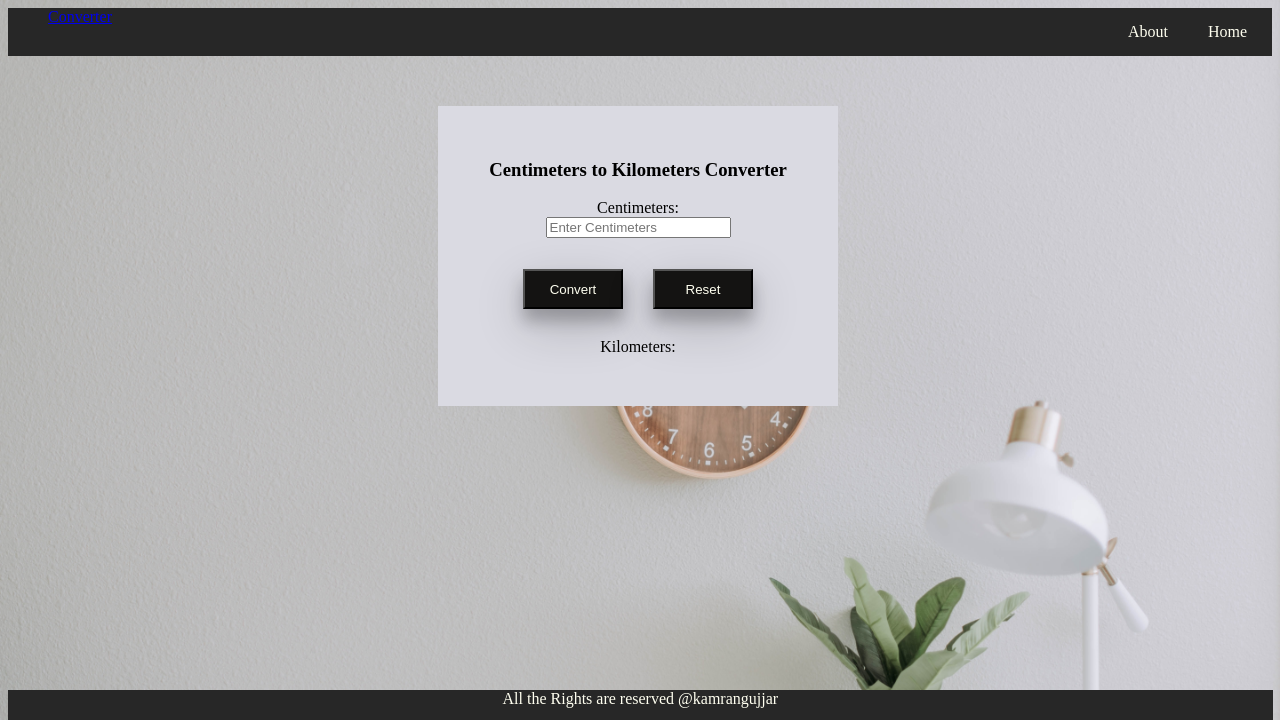
Repository: Kamrangujjar85112/Length-Converter
Page: html/cm_km.html
An editor plug-in stored every save of this project. The page is shown before and after the next save, followed by the edit.
The browser window is 1280 px wide. The pictures show the whole page.

Above is the page before, as saved 2022-01-31 22:08:03.

### html/cm_km.html
<!-- centimeters to kilometers -->
<!DOCTYPE html>
<html lang="en">
<head>
    <meta charset="UTF-8">
    <meta name="viewport" content="width=device-width, initial-scale=1.0">
    <title>Converter</title>
    <link rel="stylesheet" href="../css/style.css">
</head>
<body>
    <div class="container ">

        <!-- navbar -->
        <div class="header">
            <nav>
                <ul class="nav-ul">
                    <a class="nav-name" href="home.html">Converter</a>
                    <li class="nav-li"><a href="home.html">Home</a></li>
                    <li class="nav-li"><a href="about.html">About</a></li>
                </ul>
            </nav>
        </div>
        <!-- end navbar -->

        <!-- content -->
        <div class="flex-container">
            <div>
                    <h3>Centimeters to Kilometers Converter</h3>

                <label>Centimeters:</label><br>
                <input type="number" id="centimetersToKilometers" placeholder="Enter Centimeters" value=""><br><br>
                <input type="button" value="Convert" id="convert">
                <input type="reset" value="Reset" id="reset"><br>
                <p id="cmToKmp">Kilometers: <span id="cmToKm"></span></p>
                <p id="cmToKmpError" style="display: none;"></span></p>

            </div>
        </div>
        <!-- end content -->

        <!-- footer -->
        <footer class="footer">
            <span>All the Rights are reserved @kamrangujjar</span>
        </footer>
        <!-- end footer -->
    </div>

    <!-- javascript link -->
    <script src="../js/converter.js"></script>
</body>
</html>

### css/style.css
/* body */
body{
    background-image: url('backg.jpg');
    background-repeat: no-repeat;
    background-attachment: fixed;
    background-size: cover;
/* aboutpage  */
}
.aboutclass {
    margin-top: 10px;
    margin-left: 300px;
    margin-bottom: 10px;
    padding-bottom: 30px;
    color: #3F51B5;
    height: 100%;
    width: 50%;
    background-color: rgb(218, 218, 226);
    text-align: left;
}
/* texts on about page */
.texts{
    margin-left: 10px;
    padding-left: 10px;
}
/* skills list */
.listFlex {
    display: flex;
    list-style: none;
    text-decoration: none;
}
/* about image */
img {
  width: 300px;
  height: 300px;
  align-items: center;
  margin-top: 20px;
  padding-left: 150px;
}
/* header of every page */
.header{
    top: 0;
    width: 100%;
    margin: 0;
    position: relative;

}
/* navbar */
.nav-ul{
    list-style-type: none;
    margin: 0;
    overflow: hidden;
    background: rgb(39, 39, 39);
  }
/*logo */
.logo {
    display: inline-block;
    vertical-align: top;
    width: 50px;
    height: 50px;
    margin-right: 20px;
    margin-top: 15px;    /* if you want it vertically middle of the navbar. */
}
/* navbarlist */
.nav-li {
    padding-right: 10px;
    float: right;
    align-items: inherit;
}
/* navbarlist links  */
.nav-li a {
    display: block;
    color: ivory;
    text-align:center;
    padding: 15px 15px;
    text-decoration: none;
}
/* navbar hover */
.nav-li a:hover {
    background-color: rgba(4, 192, 29, 0.733);
}
/* links on homepage */
.link {
    list-style: none;
    text-align: left;
    align-items: left;
    margin: 10px;
    width: 300px;
}
/* footer class */
footer{
    bottom: 0;
    width: 98.8%;
    position: fixed;
    color: ivory;
    height: 30px;
    text-align: center;
    background: rgb(39, 39, 39);
}
/* button decoration    */
button{
    width: 100%;
    height:40px;
    color: ivory;
    background-color: #141312;
    margin:13px;
    box-shadow: 0 12px 16px 0 rgba(0,0,0,0.24), 0 17px 50px 0 rgba(0,0,0,0.19);
}
/* convert buttons */
#convert{
    width: 100px;
    height:40px;
    color: ivory;
    background-color: #141312;
    margin:13px;
    box-shadow: 0 12px 16px 0 rgba(0,0,0,0.24), 0 17px 50px 0 rgba(0,0,0,0.19);
}
/* reset buttons */
#reset{
    width: 100px;
    height:40px;
    color: ivory;
    background-color: #141312;
    margin:13px;
    box-shadow: 0 12px 16px 0 rgba(0,0,0,0.24), 0 17px 50px 0 rgba(0,0,0,0.19);
}
/* flex box of converters */
.flex-container {
    margin-top: 50px;
    margin-left: 430px;
    display: flex;
    justify-content: center;
    align-items: center;
    height: 300px;
    width: 400px;
    background-color: rgb(218, 218, 226);
    text-align: center;
  }

### js/converter.js
// Getting Elements from the pages
const inputCmToMm = document.getElementById('centimetersToMilimeters');
const inputMiToKm = document.getElementById('milesToKilometers');
const inputMToCm = document.getElementById('metersToCentimeters');
const inputCmToKm = document.getElementById('centimetersToKilometers');
const inputKmToM = document.getElementById('kilometersToMeters');
const inputMiToM = document.getElementById('milesToMeters');
const inputFValue = document.getElementById('firstValue');
const inputSValue = document.getElementById('secondValue');
const p = document.getElementById('percent');
const convert = document.getElementById('convert');
const reset = document.getElementById('reset');

// // Converter
convert?.addEventListener('click', function(){
    converter();
});
convert?.addEventListener('keyup', function(event){

    if(event.keyCode === 13){
        event.preventDefault();
        converter();
    }

});
// centimeters To kilometers
function converter(){
if(inputCmToKm?.value){
if(inputCmToKm?.value > 0){
    const Km2 = inputCmToKm?.value / 100000;
    document.getElementById('cmToKmp').style.display ='block';
    document.getElementById('cmToKmpError').style.display ='none';
    document.getElementById('cmToKm').innerHTML = inputCmToKm?.value +' Centimeters are equal to ' +Km2 + ' Kilometers';
}else{

    document.getElementById('cmToKmp').style.display ='none';
    document.getElementById('cmToKmpError').style.display ='block';
    document.getElementById('cmToKmpError').innerHTML =  '<span style="color:red;">Enter A Valid Number</span>';
}}
// centimeters To Milimeters
if(inputCmToMm?.value){
    if(inputCmToMm?.value > 0){
        const Mm = inputCmToMm?.value * 10;
        document.getElementById('cmToMmp').style.display ='block';
        document.getElementById('cmToMmpError').style.display ='none';
        document.getElementById('cmToMm').innerHTML = inputCmToMm?.value +' Centimeters are equal to ' +Mm + ' Milimeters';
    }else{

        document.getElementById('cmToMmp').style.display ='none';
        document.getElementById('cmToMmpError').style.display ='block';
        document.getElementById('cmToMmpError').innerHTML =  '<span style="color:red;">Enter A Valid Number</span>';
    }
}
    // Miles to kilometers
if(inputMiToKm?.value){
    if(inputMiToKm?.value > 0){
        const Km1 = inputMiToKm?.value * 1.609;
        document.getElementById('miToKmp').style.display ='block';
        document.getElementById('miToKmpError').style.display ='none';
        document.getElementById('miToKm').innerHTML = inputMiToKm?.value +' Miles are equal to ' +Km1 + ' Kilometers';
    }else{

        document.getElementById('miToKmp').style.display ='none';
        document.getElementById('miToKmpError').style.display ='block';
        document.getElementById('miToKmpError').innerHTML =  '<span style="color:red;">Enter A Valid Number</span>';
    }
}
// Meters to Centimeters
if(inputMToCm?.value){
    if(inputMToCm?.value > 0){
        const Cm1 = inputMToCm?.value * 100;
        document.getElementById('mToCmp').style.display ='block';
        document.getElementById('mToCmpError').style.display ='none';
        document.getElementById('mToCm').innerHTML = inputMToCm?.value +' Meters are equal to ' +Cm1 + ' Centimeters';
    }else{

        document.getElementById('mToCmp').style.display ='none';
        document.getElementById('mToCmpError').style.display ='block';
        document.getElementById('mToCmpError').innerHTML =  '<span style="color:red;">Enter A Valid Number</span>';
    }
}

    // kilometers To meters
if(inputKmToM?.value){
    if(inputKmToM?.value > 0){
        const M1 = inputKmToM?.value * 1000;
        document.getElementById('kmToMp').style.display ='block';
        document.getElementById('kmToMpError').style.display ='none';
        document.getElementById('kmToM').innerHTML = inputKmToM?.value +' Kilometers are equal to ' +M1 + ' Meters';
    }else{

        document.getElementById('kmToMp').style.display ='none';
        document.getElementById('kmToMpError').style.display ='block';
        document.getElementById('kmToMpError').innerHTML =  '<span style="color:red;">Enter A Valid Number</span>';
    }
}
    // Miles To meters
if(inputMiToM?.value){
    if(inputMiToM?.value > 0){
        const M2 = inputMiToM?.value * 1609;
        document.getElementById('miToMp').style.display ='block';
        document.getElementById('miToMpError').style.display ='none';
        document.getElementById('miToM').innerHTML = inputMiToM?.value +' Miles are equal to ' +M2 + ' Meters';
    }else{

        document.getElementById('miToMp').style.display ='none';
        document.getElementById('miToMpError').style.display ='block';
        document.getElementById('miToMpError').innerHTML =  '<span style="color:red;">Enter A Valid Number</span>';
    }
}
    // percentage
if(inputFValue?.value || inputSValue?.value){
    if(inputFValue?.value  > 0 || inputSValue?.value > 0){
        const fValue = inputFValue?.value;
        const sValue = inputSValue?.value;
        const per = (fValue  / 100) * sValue;
        document.getElementById('percentp').style.display ='block';
        document.getElementById('percentpError').style.display ='none';
        document.getElementById('percent').innerHTML = 'The ' + fValue +' Percent of ' +sValue + ' is ' + per ;
    }else{

        document.getElementById('percentp').style.display ='none';
        document.getElementById('percentpError').style.display ='block';
        document.getElementById('percentpError').innerHTML =  '<span style="color:red;">Enter A Valid Number</span>';
    }
}
};

// // Reset
reset?.addEventListener('click', function reset(){

// centimeters To kilometers
if(inputCmToKm?.value){
    if(inputCmToKm?.value || inputCmToKm?.value === 0 || inputCmToKm?.value != Number){
        document.getElementById('centimetersToKilometers').value = "";
        document.getElementById('cmToKm').innerHTML = "";
        document.getElementById('cmToKmpError').innerHTML = "";
        }
}
// centimeters To Milimeters
if(inputCmToMm?.value){
    if(inputCmToMm?.value || inputCmToMm?.value === 0 || inputCmToMm?.value != Number){
        document.getElementById('centimetersToMilimeters').value= "";
        document.getElementById('cmToMm').innerHTML = "";
        document.getElementById('cmToMmpError').innerHTML = "";
    }
}
// Miles to kilometers
if(inputMiToKm?.value){
    if(inputMiToKm?.value || inputMiToKm?.value === 0 || inputMiToKm?.value != Number){
        document.getElementById('milesToKilometers').value = "";
        document.getElementById('miToKm').innerHTML = "";
        document.getElementById('miToKmpError').innerHTML ="";
    }
}
// Meters to Centimeters
if(inputMToCm?.value){
    if(inputMToCm?.value || inputMToCm?.value === 0 || inputMToCm?.value != Number){
        document.getElementById('metersToCentimeters').value = "";
        document.getElementById('mToCm').innerHTML = "";
        document.getElementById('mToCmpError').innerHTML = "";
    }
}
// kilometers To meters
if(inputKmToM?.value){
    if(inputKmToM?.value || inputKmToM?.value === 0 || inputKmToM?.value != Number){
        document.getElementById('kilometersToMeters').value = "";
        document.getElementById('kmToM').innerHTML = "";
        document.getElementById('kmToMpError').innerHTML ="";
    }
}
// Miles To Meters
if(inputMiToM?.value){
    if(inputMiToM?.value || inputMiToM?.value === 0 || inputMiToM?.value != Number){
        document.getElementById('milesToMeters').value = "";
        document.getElementById('miToM').innerHTML = "";
        document.getElementById('miToMpError').innerHTML= "";
    }
}
// percentage
if(inputFValue?.value || inputSValue?.value){
    if(inputFValue?.value || inputSValue?.value || inputFValue?.value === 0  || inputSValue?.value === 0 || inputFValue?.value != Number || inputSValue?.value != Number){
        document.getElementById('firstValue').value = "";
        document.getElementById('secondValue').value = "";
        document.getElementById('percent').innerHTML = "";
        document.getElementById('percentpError').innerHTML ="";
    }
}
});

After the next save:
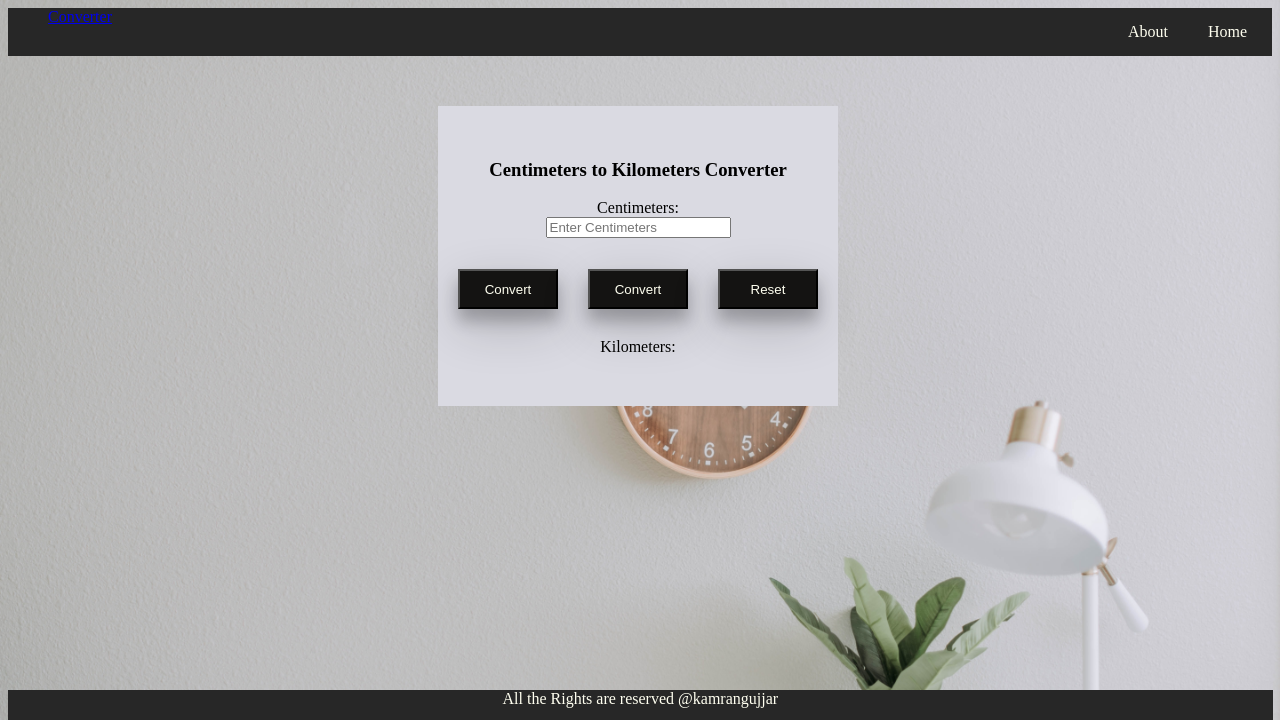
Saved 34 s later.
--- a/html/cm_km.html
+++ b/html/cm_km.html
@@ -29,6 +29,7 @@
 
                 <label>Centimeters:</label><br>
                 <input type="number" id="centimetersToKilometers" placeholder="Enter Centimeters" value=""><br><br>
+                <button id="convert">Convert</button>
                 <input type="button" value="Convert" id="convert">
                 <input type="reset" value="Reset" id="reset"><br>
                 <p id="cmToKmp">Kilometers: <span id="cmToKm"></span></p>
